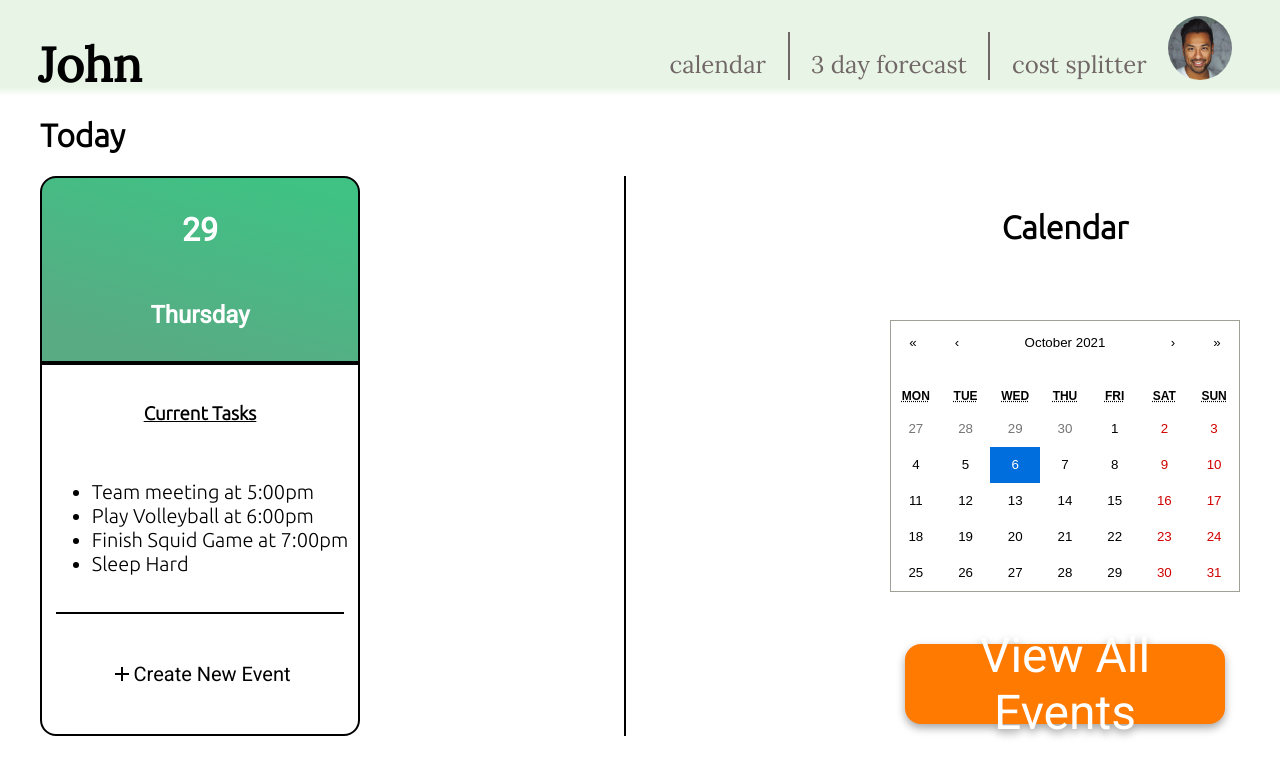
Repository: wilyyy/John
Page: /calendar (app in john-app/)
These files come from the project's save history. The page is drawn as it stood at one moment and after a run of saves; the edit follows.
The browser window is 1280 px wide. The pictures show the whole page.
The project was rebuilt for these pictures with package versions that can differ from the ones it lists, and the page was loaded fresh each time. The framework's server and built-in components were replaced by stand-ins that run in the browser. Also part of the build but not shown: john-app/next.config.js.

Above is the page before, as saved 2021-10-07 19:18:04.

### john-app/pages/calendar.js
import Head from 'next/head'
import Nav from '@/Components/Nav'
import {useRouter} from 'next/router';
import styled from 'styled-components';
import TaskCard from '@/Components/TaskCard';
import JohnCalendar from '@/Components/Calendar';
import Button from '@/Components/Button';

const CalendarCont = styled.div`
    display: flex;
    flex-direction: column;
    justify-content: space-between;
    align-items: center;
    width: 100vw;
`;

const CalendarPageCont = styled.div`
    display: flex;
    flex-direction: column;
    font-family: 'Ubuntu', sans-serif;
    width: 75rem;
    height: 40rem;
`;

const CalendarPageRow = styled.div`
    display: flex;
    width: 75rem;
    height: 35rem;
    justify-content: space-between;
    align-items: center;
`;

const Divider = styled.div`
    border-left: 2px black solid;
    height: 40rem;
    width: 2px;
    height: 35rem;
`;

const CalendarWithHeader = styled.div`
    display: flex;
    flex-direction: column;
    justify-content: space-evenly;
    align-items: center;
    height: 40rem;

`;

export default function Calendar(){
    const router = useRouter();
    return (
        <CalendarCont>
            <Head>
                <title>Calendar - John</title>
                <meta name="description" content="Generated by create next app" />
                <link rel="icon" href="/favicon.ico" />
            </Head>
            <Nav />
            <CalendarPageCont>
                <h1>Today</h1>
                <CalendarPageRow>
                    <TaskCard />
                    <Divider />
                    <CalendarWithHeader>
                        <h1>Calendar</h1>
                        <JohnCalendar />
                        <Button text="View All Events" routeTo="/forecast"/>
                    </CalendarWithHeader>
                </CalendarPageRow>
            </CalendarPageCont>
        </CalendarCont>
    )
}

### john-app/styles/globals.css
@import url('https://fonts.googleapis.com/css2?family=Roboto&family=Ubuntu:wght@300&display=swap');
@import url('https://fonts.googleapis.com/css2?family=Lora&display=swap');
/* Ubuntu and Roboto and Lora Font */

html,
body {
  padding: 0;
  margin: 0;
  font-family: -apple-system, BlinkMacSystemFont, Segoe UI, Roboto, Oxygen,
    Ubuntu, Cantarell, Fira Sans, Droid Sans, Helvetica Neue, sans-serif;
}

a {
  color: inherit;
  text-decoration: none;
}

* {
  box-sizing: border-box;
}

### john-app/Components/Nav/index.js
import styled from 'styled-components';
import {useRouter} from 'next/router';
import React, {useState} from 'react';
import Image from 'next/image';
import profilePic from '@/Photos/avatar.jpg';

const NavCont = styled.div`
    display: flex;
    flex-direction: column;
    justify-content: flex-end;
    width: 100%;
    height: 6rem;
    font-family: 'Lora', serif;
    background: linear-gradient(180deg, #E8F5E6 90.62%, rgba(208, 227, 205, 0) 100%);
`;

const NavRow = styled.div`
    display: flex;
    justify-content: space-between;
    padding: 0 2rem;
`;

const NavLinkRow = styled.div`
    display: flex;
    justify-content: space-evenly;
    width: 600px;
`;

const JohnLogo = styled.button`
    font-family: 'Lora', serif;
    border:none;
    background: none;
    font-size: 3rem;
    font-weight: bold;
    color: #000;
`;

const NavItem = styled.button`
    font-size: 1.5rem;
    color: #726767;
    font-family: 'Lora', serif;
    border:none;
    background: none;
`;

const Divider = styled.div`
    border-left: 2px #726767 solid;
    height: 3rem;
`;

const AvatarCont = styled.div`
    border-radius: 25rem;
    width: 4rem;
    height: 4rem;
    overflow: hidden;
    position: relative;
    top: -1rem;
`;


const Nav = ({
    homeRoute = "/calendar",
    forecastRoute = "/forecast",
    costSplitterRoute = "/costsplitter"
}) => {
    const router = useRouter();
    return <NavCont>
        <NavRow>
            <JohnLogo onClick={()=>router.push(homeRoute)}>John</JohnLogo>
            <NavLinkRow>
                <NavItem onClick={()=>router.push(homeRoute)}>calendar</NavItem>
                <Divider />
                <NavItem onClick={()=>router.push(forecastRoute)}>3 day forecast</NavItem>
                <Divider />
                <NavItem onClick={()=>router.push(costSplitterRoute)}>cost splitter</NavItem>
                <AvatarCont>
                    <Image src={profilePic} />
                </AvatarCont>
            </NavLinkRow>
        </NavRow>
    </NavCont>
}

export default Nav;

### john-app/Components/TaskCard/index.js
import styled from 'styled-components';
import {useRouter} from 'next/router';
import React, {useState} from 'react';
import AddIcon from '@mui/icons-material/Add';

//maybe change this to an array instead of an object?
const tasks = {
    task1: "Team meeting at 5:00pm",
    task2: "Play Volleyball at 6:00pm",
    task3: "Finish Squid Game at 7:00pm",
    task4: "Sleep Hard"
}

const TaskCont = styled.div`
    display: flex;
    flex-direction: column;
    width: 20rem;
    height: 35rem;
`;

const TaskTopCont = styled.div`
    color: #fff;
    border-radius: 1rem 1rem 0 0;
    border: 2px solid #000;
    width: 20rem;
    height: 13rem;
    display: flex;
    flex-direction: column;
    justify-content: space-evenly;
    align-items: center;
    align-items: center;
    font-family: 'Roboto', sans-serif;
    background: linear-gradient(195.27deg, #3FC284 8.37%, #59AB84 86.66%);
`;

const TaskBotCont = styled.div`
    border-radius: 0 0 1rem 1rem;
    border: 2px solid #000;
    width: 20rem;
    height: 26rem;
    background-color: #fff;
    display: flex;
    flex-direction: column;
    justify-content: space-evenly;
    align-items: center;
`;

const H3 = styled.h3`
    color: #000;
    text-decoration: underline;
`;

const Ul = styled.ul`
    display: flex;
    flex-direction: column;
    justify-content: center;
    align-items: centerl
`;

const Li = styled.li`
    font-size: 1.25rem;
`;

const Divider = styled.div`
    border-bottom: 2px #000 solid;
    width: 18rem;
    height: 2px;
`;

const CreateEventLink = styled.button`
    height: 5rem;
    display: flex;
    align-items: center;
    font-family: 'Roboto', sans-serif;
    border:none;
    background: none;
    font-size: 1.25rem;
`;


const TaskCard = ({
    day_number = "29",
    day = "Thursday"
}) => {
    return <TaskCont>
        <TaskTopCont>
            <h1>{day_number}</h1>
            <h2>{day}</h2>
        </TaskTopCont>
        <TaskBotCont>
            <H3>Current Tasks</H3>
            <Ul>
                <Li>{tasks.task1}</Li>
                <Li>{tasks.task2}</Li>
                <Li>{tasks.task3}</Li>
                <Li>{tasks.task4}</Li>
            </Ul>
            <Divider />

            <CreateEventLink>
                <AddIcon />Create New Event
                </CreateEventLink>
        </TaskBotCont>
    </TaskCont>
}

export default TaskCard;

### john-app/Components/Calendar/index.js
import React, {useState} from 'react';
import { render } from "react-dom";
import Calendar from "react-calendar";
import 'react-calendar/dist/Calendar.css';
import styled from 'styled-components';

const CalendarCont = styled.div`
    width: 1000px;
    border: 1px solid #f0f0f0;
    border-radius: 2px;
    background-color: #000;
`;


const JohnCalendar = () => {
    const [date, setDate] = useState(new Date());

    const onChange = (date) => {
        setDate(date);
    }

    return <div>
        <Calendar
        onChange={onChange}
        value={date}
        />
    </div>
}

export default JohnCalendar

### john-app/Components/Button/index.js
import styled from 'styled-components';
import {useRouter} from 'next/router';
import React, {useState} from 'react';

const ButtonCont = styled.button`
    display: flex;
    justify-content: center;
    align-items: center;
    width: ${props=>props.width};
    height: ${props=>props.height};
    background-color: ${props=>props.bgcolor};
    color: #ffffff;
    border-radius: ${props=>props.borderradius};
    border: none;
    filter: drop-shadow(0px 4px 4px rgba(0, 0, 0, 0.35));
    font-size: ${props=>props.fontsize};
`;

const ButtonText = styled.div`
    display: flex;
    color: #ffffff;
    font-family: 'Roboto', sans-serif;
`;

const Button = ({
    width = "20rem",
    height = "5rem",
    text = "Begin",
    borderradius = "1rem",
    bgcolor = "#FF7A00",
    fontsize = "3rem",
    routeTo="/calendar"
}) =>{
    const router = useRouter();
    return <ButtonCont
        width = {width}
        height = {height}
        text = {text}
        borderradius = {borderradius}
        bgcolor = {bgcolor}
        fontsize = {fontsize}
        onClick={()=>router.push(routeTo)}
    >
        <ButtonText>{text}</ButtonText>
    </ButtonCont>
}

export default Button;

Loaded but not shown: john-app/pages/_app.js (common file); john-app/pages/_document.js (common file)

After the next 2 saves:
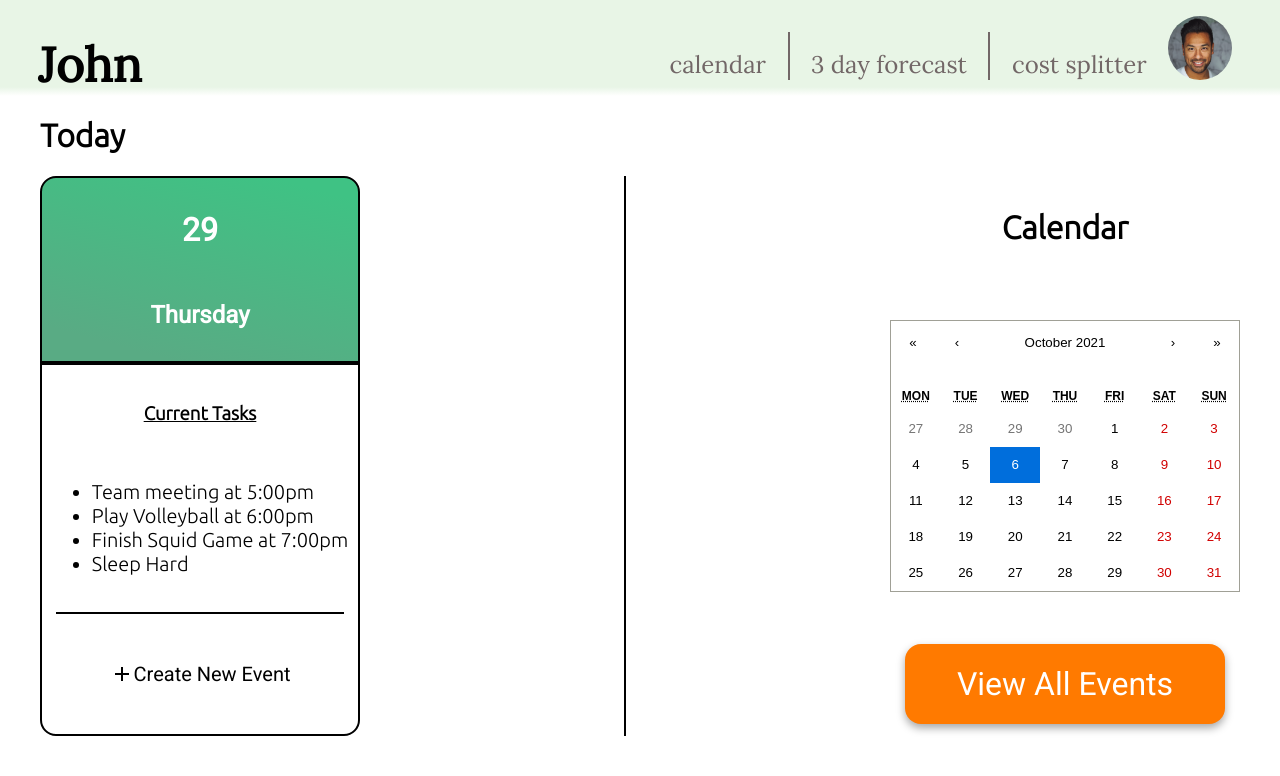
The 2 saves are shown as one change because they came seconds apart.
The last was saved 17 min 41 s later.
--- a/john-app/pages/calendar.js
+++ b/john-app/pages/calendar.js
@@ -64,7 +64,7 @@ export default function Calendar(){
                     <CalendarWithHeader>
                         <h1>Calendar</h1>
                         <JohnCalendar />
-                        <Button text="View All Events" routeTo="/forecast"/>
+                        <Button text="View All Events" routeTo="/forecast" fontsize="2rem"/>
                     </CalendarWithHeader>
                 </CalendarPageRow>
             </CalendarPageCont>
